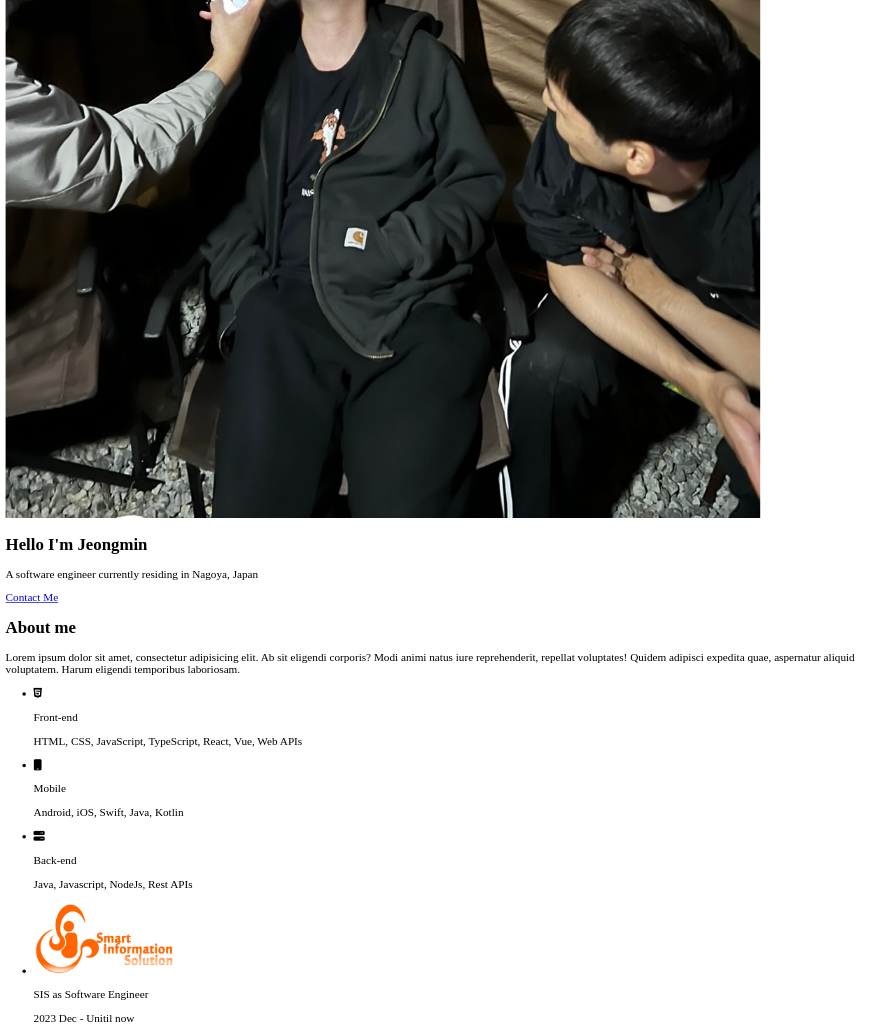
Repository: N1C0N1C0/Portfolio
Page: index.html
These files come from the project's save history. The page is drawn as it stood at one moment and after the next save; the edit follows.
The browser window is 1280 px wide. The pictures show the part of the page from y = 890 to 2810 px (the page is 2370 px tall before and 2810 px after), at 70% of full size.
Some web libraries are served in a nearby version.

Above is the page before, as saved 2023-12-11 22:03:52.

After the next save:
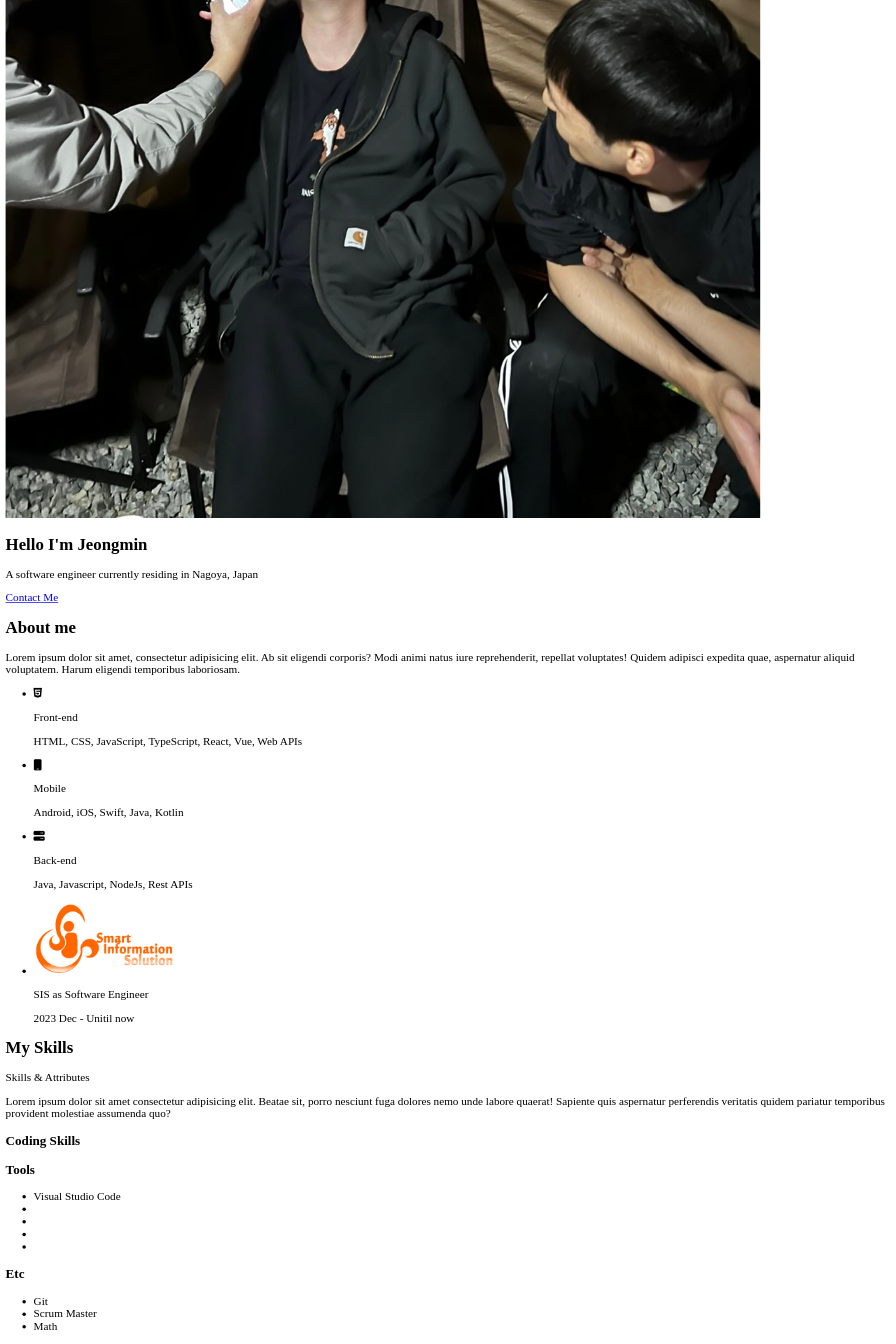
Saved 8 min 36 s later.
--- a/index.html
+++ b/index.html
@@ -90,7 +90,36 @@
             </ul>
         </section>
         <!-- Skills -->
-        <section id="skills"></section>
+        <section id="skills">
+            <h2>My Skills</h2>
+            <p>Skills & Attributes</p>
+            <p>
+                Lorem ipsum dolor sit amet consectetur adipisicing elit. Beatae sit, porro nesciunt fuga dolores nemo unde labore quaerat! Sapiente quis aspernatur perferendis veritatis quidem     pariatur temporibus provident molestiae assumenda quo?
+            </p>
+            <div>
+                <section>
+                    <h3>Coding Skills</h3>
+                </section>
+                <section>
+                    <h3>Tools</h3>
+                    <ul>
+                        <li>Visual Studio Code</li>
+                        <li></li>
+                        <li></li>
+                        <li></li>
+                        <li></li>
+                    </ul>
+                </section>
+                <section>
+                    <h3>Etc</h3>
+                    <ul>
+                        <li>Git</li>
+                        <li>Scrum Master</li>
+                        <li>Math</li>
+                    </ul>
+                </section>
+            </div>
+        </section>
         <!-- Work -->
         <section id="work"></section>
         <!-- Testimonials -->
